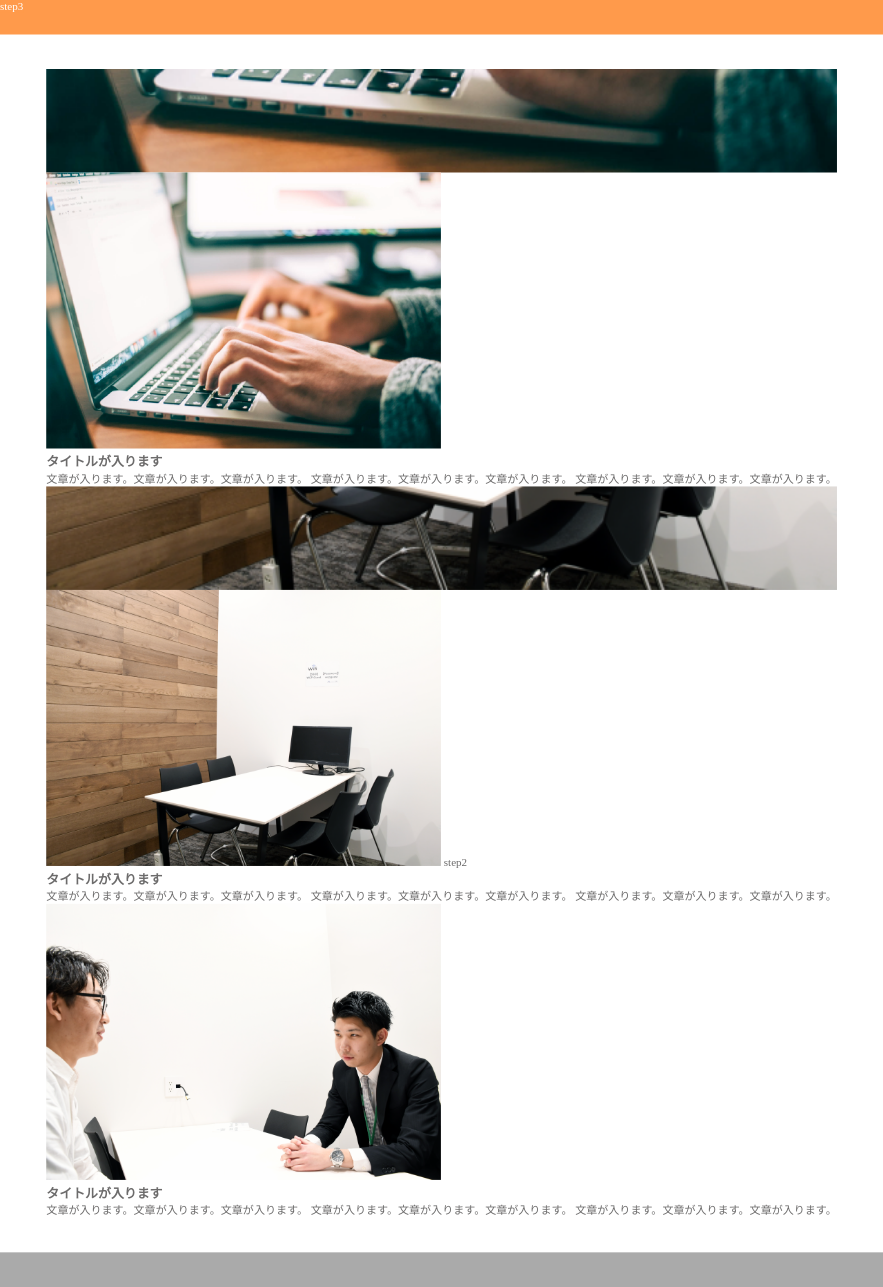
Repository: eyaonu/application2
Page: chapter9/answer9.html
The author's editor kept a record of every edit. The page is drawn from the files as they stood at one moment, then again after the next edit.
The browser window is 1280 px wide. The pictures show the whole page, at 69% of full size.

Above is the page before.

After the next edit:
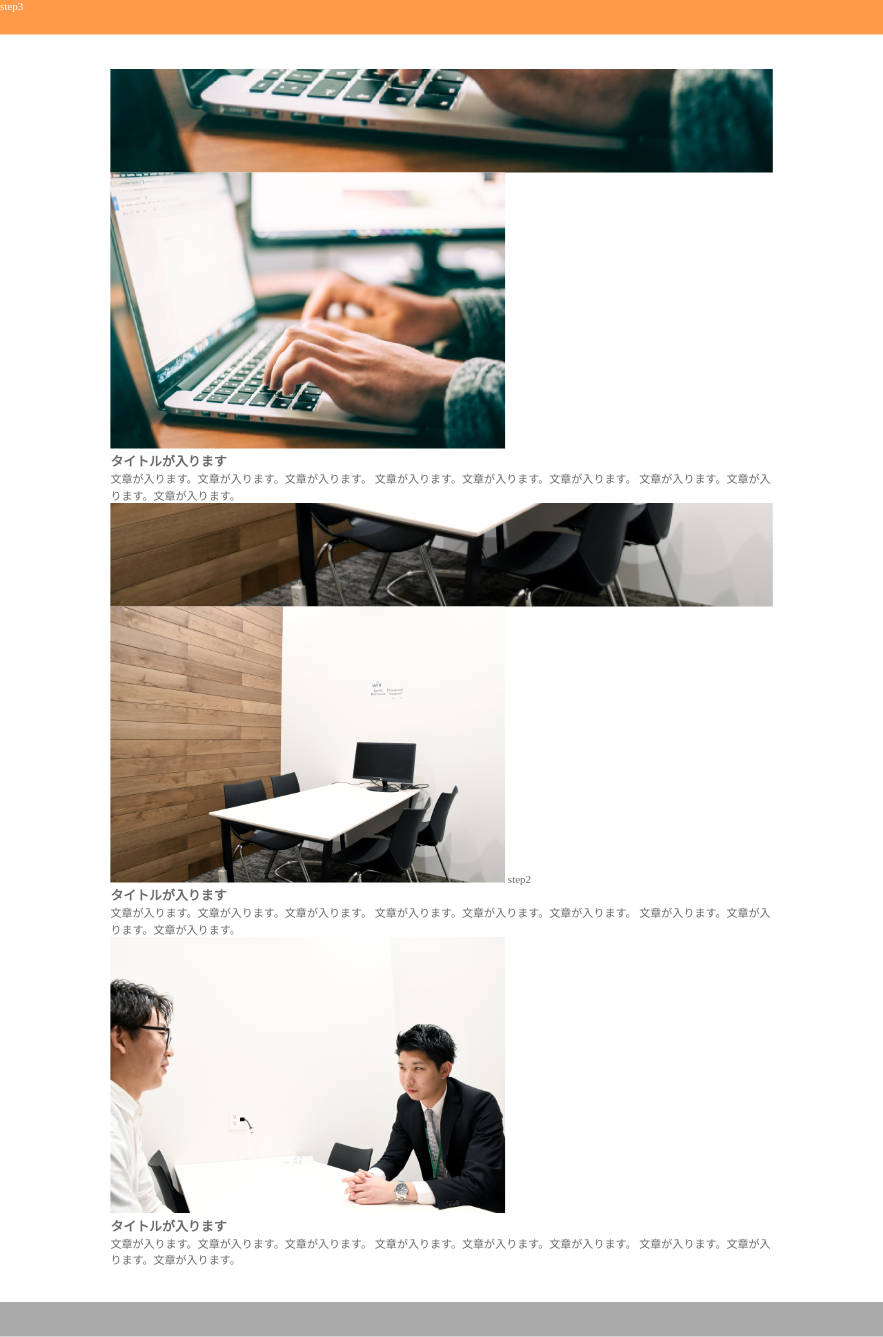
The edit:
--- a/chapter9/style9.css
+++ b/chapter9/style9.css
@@ -80,20 +80,6 @@
   margin: 0 auto;
   background-color: #FF9A4B;
 }
-
-main {
-  width: 100%;
-  height: 100%;
-  display: flex;
-  justify-content: center;
-  background-position: 50px 100px;
-  margin: 0 auto;
-  padding: 50px 50px;
-}
-
-footer {
-  width: 100%;
-  height: 50px;
   background-color: #AAAAAA;
 }
 
